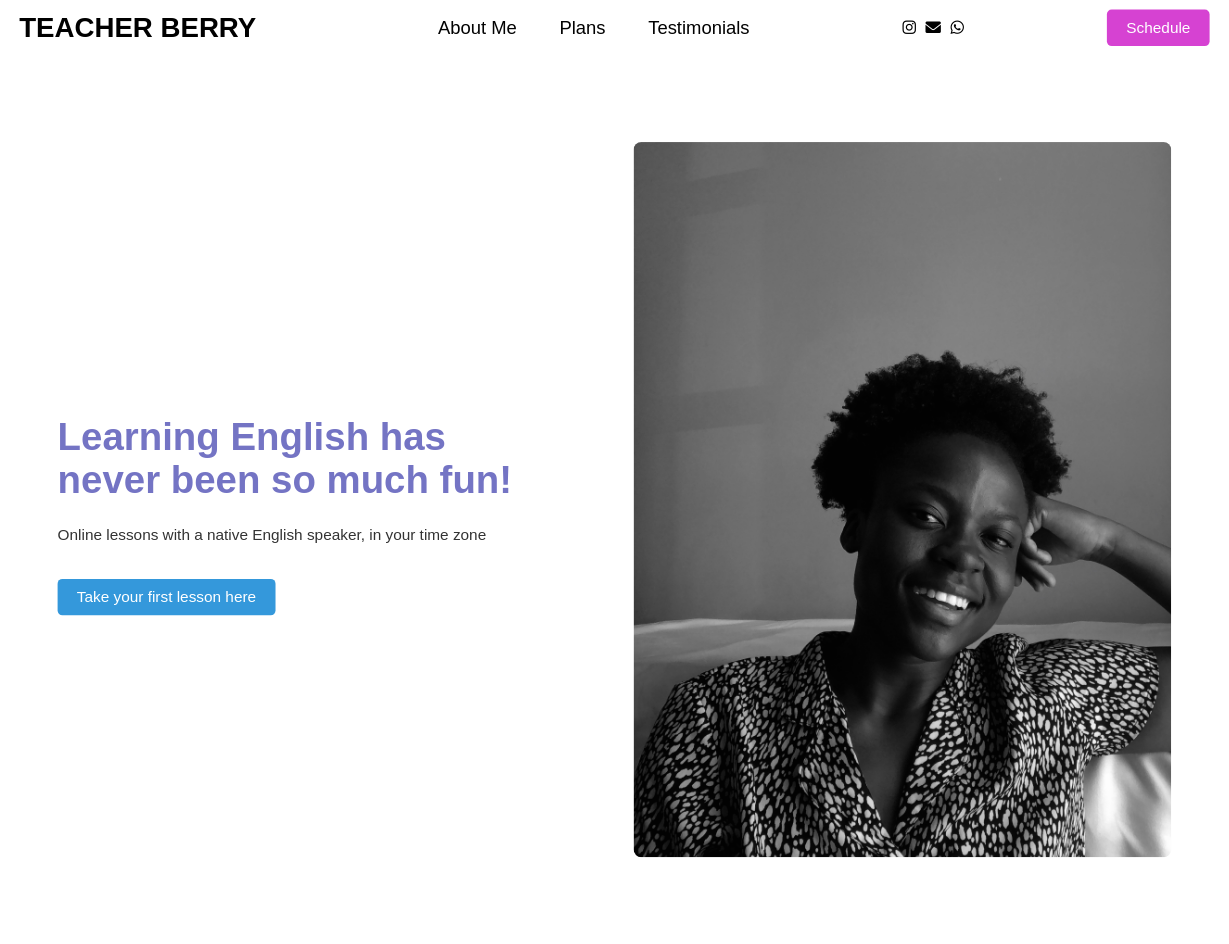
Repository: ntandomagana/esl-landing-page
Page: index.html
An editor plug-in stored every save of this project. The page is shown before and after the next save, followed by the edit.
The browser window is 1280 px wide. The pictures show the whole page, at 96% of full size.

Above is the page before, as saved 2024-07-16 23:42:59.

After the next save:
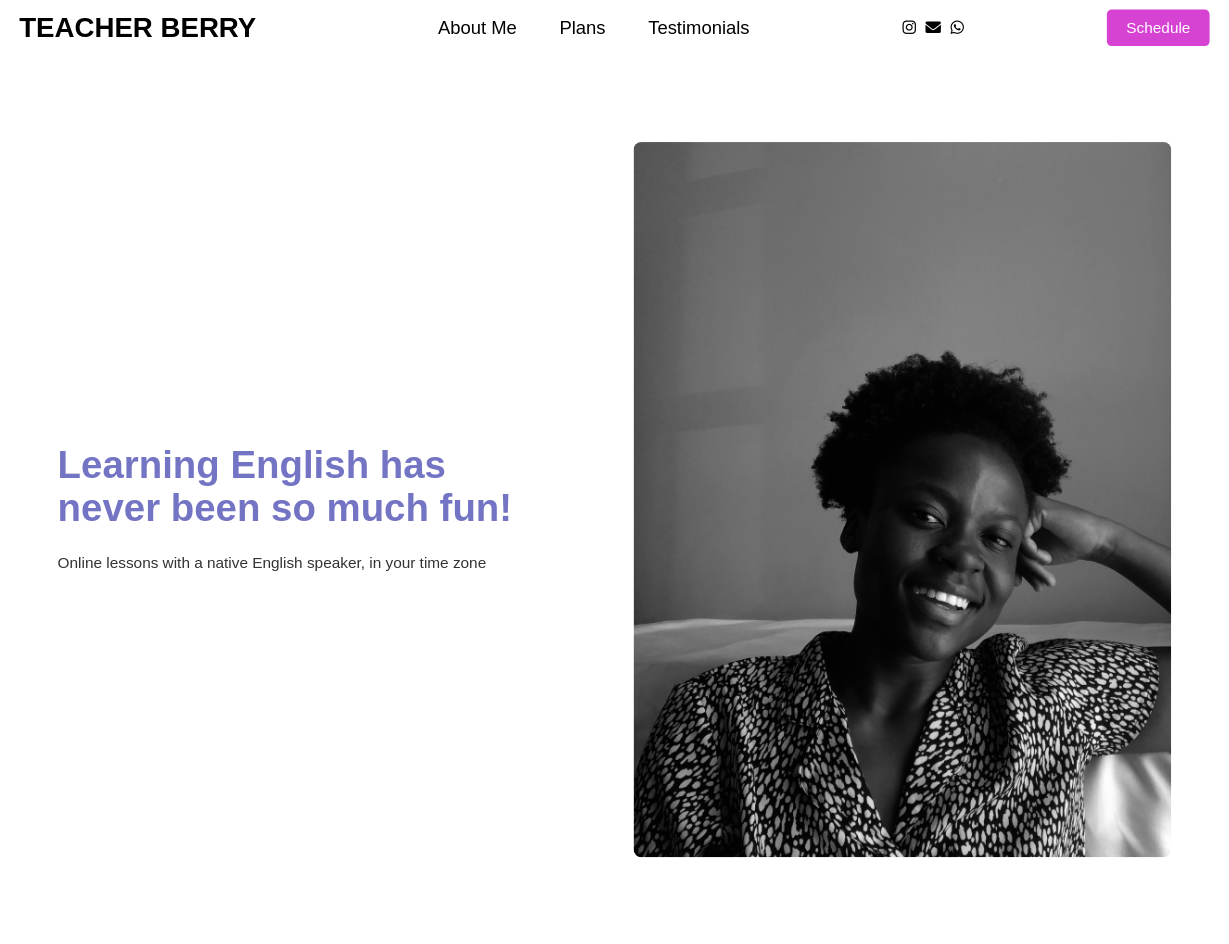
Saved 15 s later.
--- a/index.html
+++ b/index.html
@@ -37,7 +37,7 @@
                 <h2>Learning English has <br />
                     never been so much fun!</h2>
                 <p>Online lessons with a native English speaker, in your time zone</p>
-                <a href="#contact" class="action-button">Take your first lesson here</a>
+
             </div>
 
             <div class="right-content">
